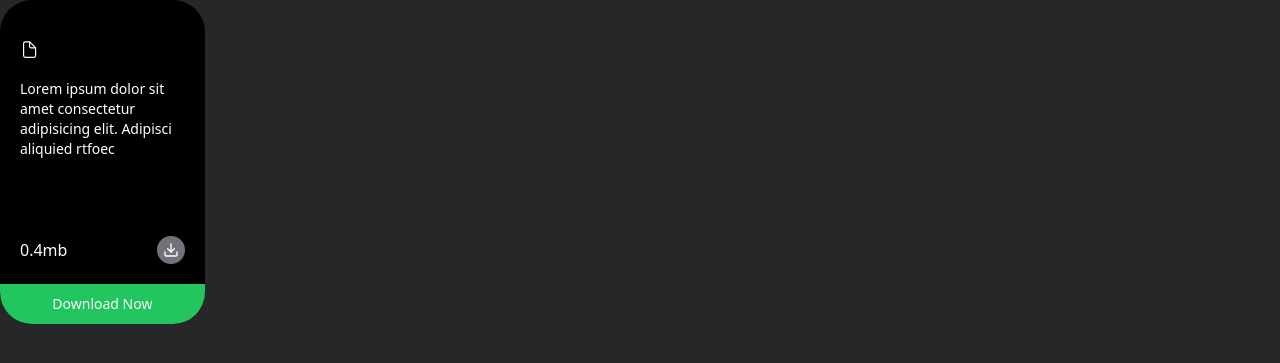
Repository: SharonSebastian32/dragable_cards
Page: /
An editor plug-in stored every save of this project. The page is shown before and after a run of saves, followed by the edit.
The browser window is 1280 px wide. The pictures show the whole page.
The project was rebuilt for these pictures with package versions that can differ from the ones it lists, and the page was loaded fresh each time. Also part of the build but not shown: vite.config.js.

Above is the page before, as saved 2024-08-21 10:35:15.

After the next 2 saves:
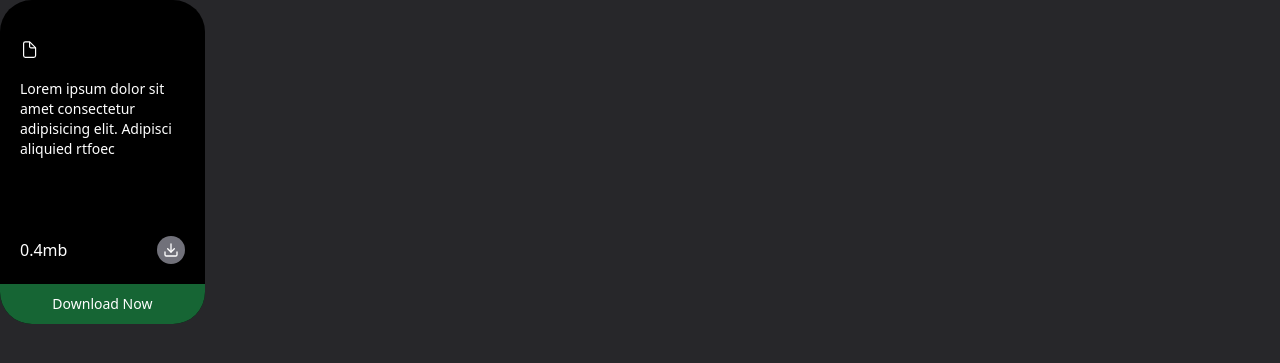
The 2 saves are shown as one change because they came seconds apart.
The last was saved 8 s later.
--- a/src/Components/Card.jsx
+++ b/src/Components/Card.jsx
@@ -16,7 +16,7 @@ const Card = () => {
             <LuDownload />{" "}
           </span>
         </div>{" "}
-        <div className="w-full h-10 bg-green-500 flex items-center justify-center cursor-pointer ">
+        <div className="w-full h-10 bg-green-800 flex items-center justify-center cursor-pointer ">
           <h2 className=" text-sm font-medium"> Download Now </h2>
         </div>
       </div>
